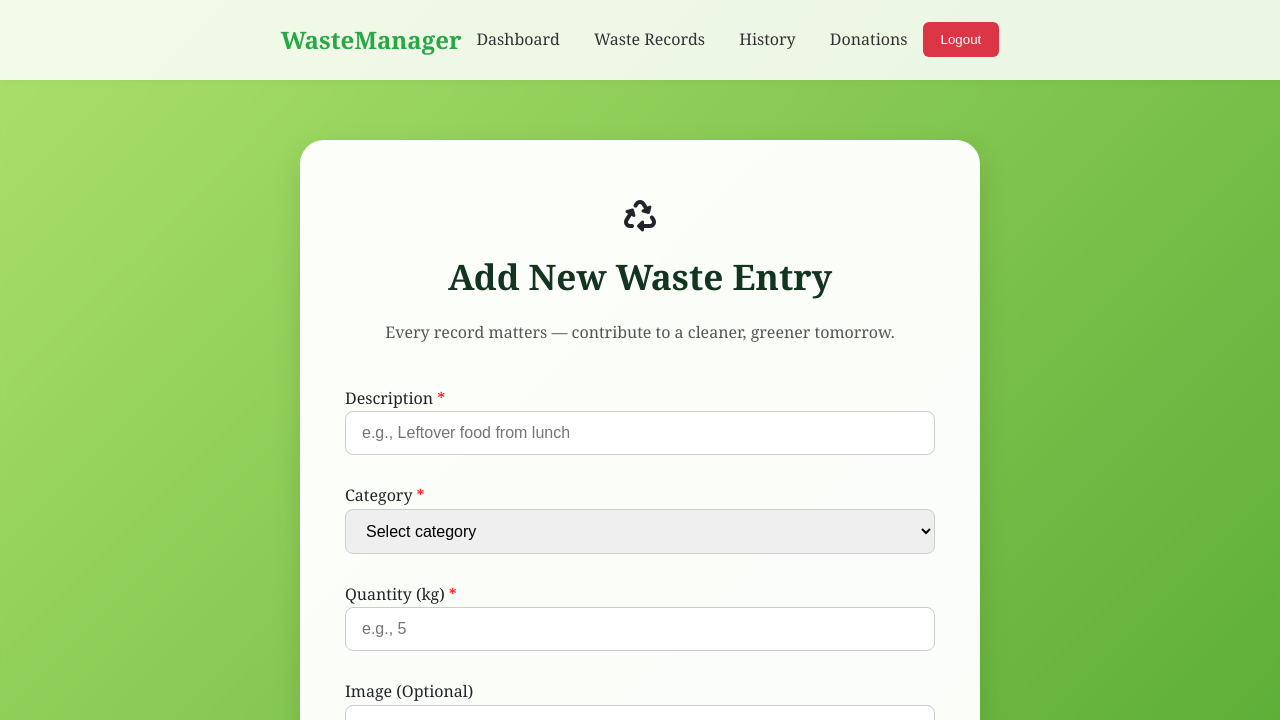
Repository: mahekagrawal25/restaurant-waste-management
Page: frontend/addwaste.html
These files come from the project's save history. The page is drawn as it stood at one moment and after the next save; the edit follows.
The browser window is 1280 px wide. The pictures show the whole page.
An inner scrolling area shows only its first screen. Some web fonts or font styles are not loaded; a fallback is used.

Above is the page before, as saved 2025-04-25 11:37:10.

After the next save:
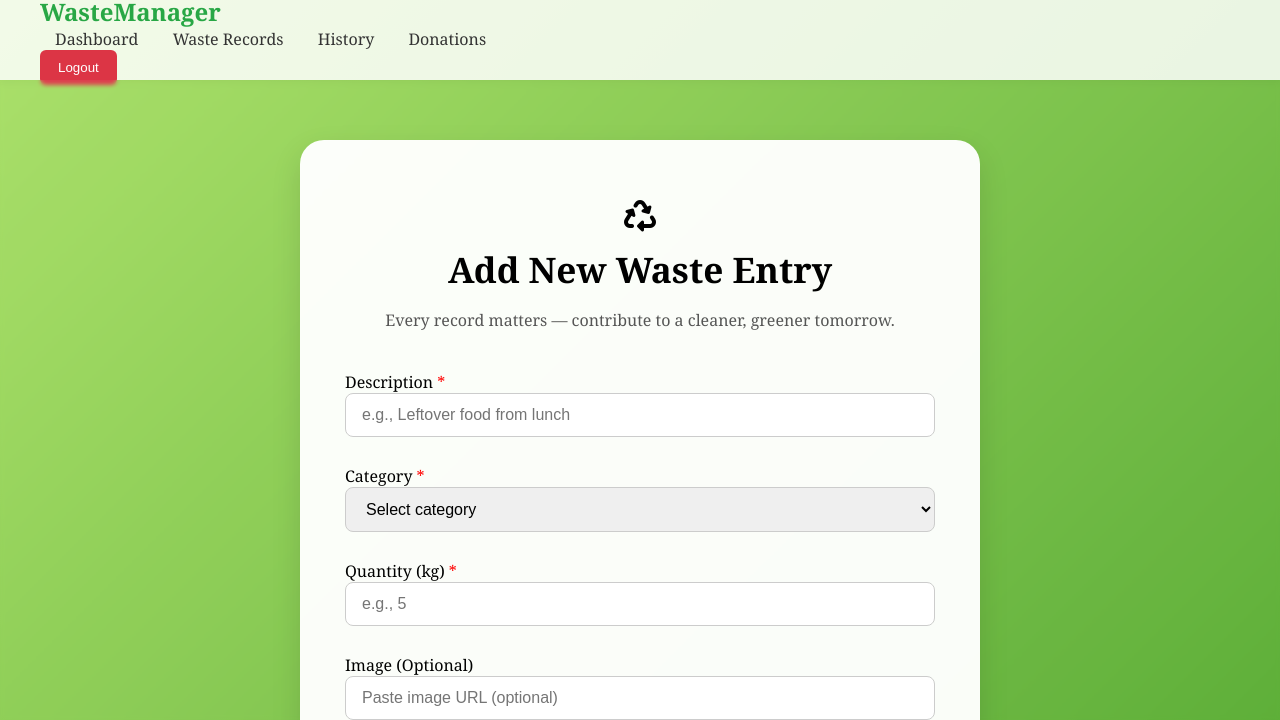
Not found: frontend/ng.css
Saved 5 s later.
--- a/frontend/addwaste.html
+++ b/frontend/addwaste.html
@@ -4,7 +4,7 @@
     <meta charset="UTF-8" />
     <meta name="viewport" content="width=device-width, initial-scale=1.0" />
     <title>Add Waste - WasteManager</title>
-    <link rel="stylesheet" href="ngostyle.css" />
+    <link rel="stylesheet" href="ng.css" />
     <link
       rel="stylesheet"
       href="https://cdnjs.cloudflare.com/ajax/libs/font-awesome/6.4.0/css/all.min.css"

After the save that followed:
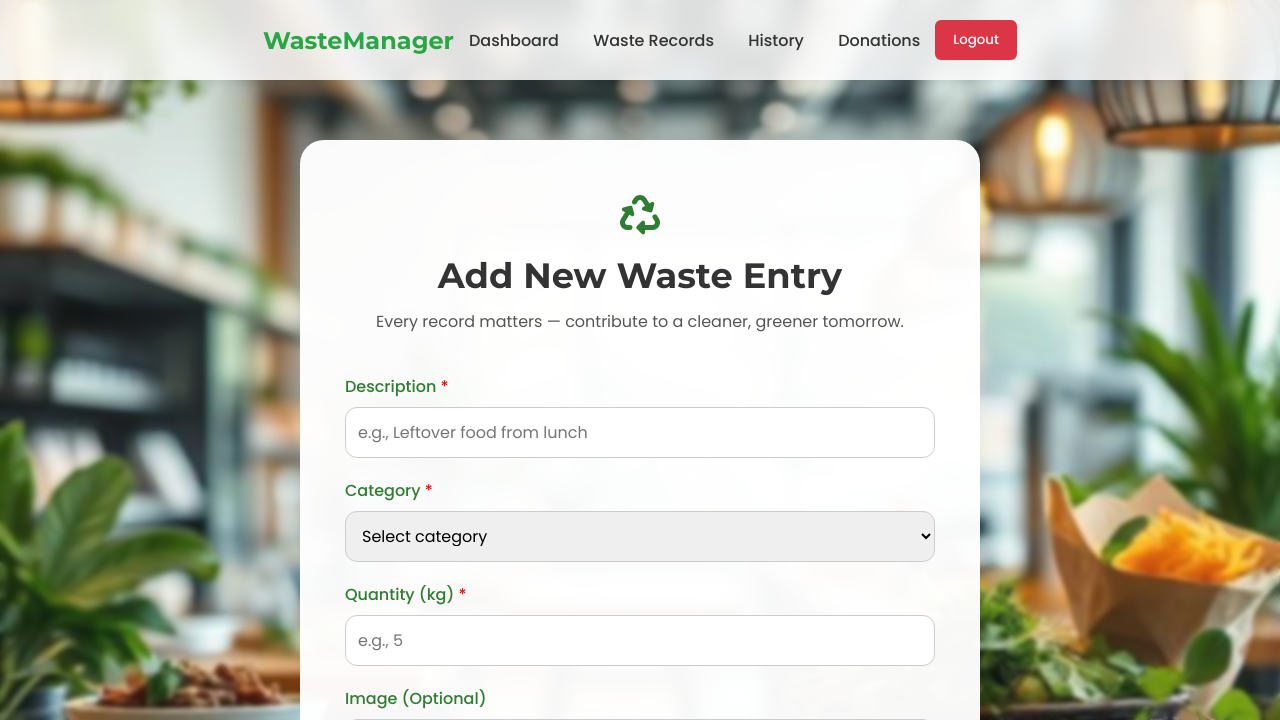
Saved 6 s later.
--- a/frontend/addwaste.html
+++ b/frontend/addwaste.html
@@ -4,13 +4,13 @@
     <meta charset="UTF-8" />
     <meta name="viewport" content="width=device-width, initial-scale=1.0" />
     <title>Add Waste - WasteManager</title>
-    <link rel="stylesheet" href="ng.css" />
+    <link rel="stylesheet" href="style.css" />
     <link
       rel="stylesheet"
       href="https://cdnjs.cloudflare.com/ajax/libs/font-awesome/6.4.0/css/all.min.css"
     />
     <link
-      href="https://fonts.googleapis.com/css2?family=Georgia&family=Cambria&display=swap"
+      href="https://fonts.googleapis.com/css2?family=Poppins:wght@400;500;600&family=Montserrat:wght@700&display=swap"
       rel="stylesheet"
     />
 
@@ -21,8 +21,9 @@
         padding: 0;
         height: 100%;
         overflow: hidden;
-        font-family: "Cambria", "Georgia", serif;
-        background: linear-gradient(135deg, #a8e063, #56ab2f);
+        font-family: "Poppins", sans-serif;
+        background: url("./images/restro10.jpeg") no-repeat center center fixed;
+        background-size: cover;
       }
 
       .page-wrapper {
@@ -133,8 +134,8 @@
       }
 
       .nav-container .logo {
-        font-family: "Georgia", serif;
-        font-weight: bold;
+        font-family: "Montserrat", sans-serif;
+        font-weight: 700;
         font-size: 1.5rem;
         color: #28a745;
       }
@@ -180,6 +181,7 @@
         </div>
 
         <form id="addWasteForm" class="waste-form">
+          <!-- Optional: user_id can be filled dynamically by backend or JS -->
           <input type="hidden" id="user_id" name="user_id" />
 
           <div class="form-group">
@@ -239,12 +241,14 @@
       <p>&copy; 2025 WasteManager | All rights reserved</p>
     </footer>
 
+    <!-- Optional: Add script for logout and form handling -->
     <script>
       document.getElementById("logoutBtn").addEventListener("click", () => {
-        localStorage.removeItem("token");
+        localStorage.removeItem("token"); // or sessionStorage depending on usage
         window.location.href = "login.html";
       });
 
+      // Example submit handler
       document.getElementById("addWasteForm").addEventListener("submit", async (e) => {
         e.preventDefault();
         const form = e.target;
